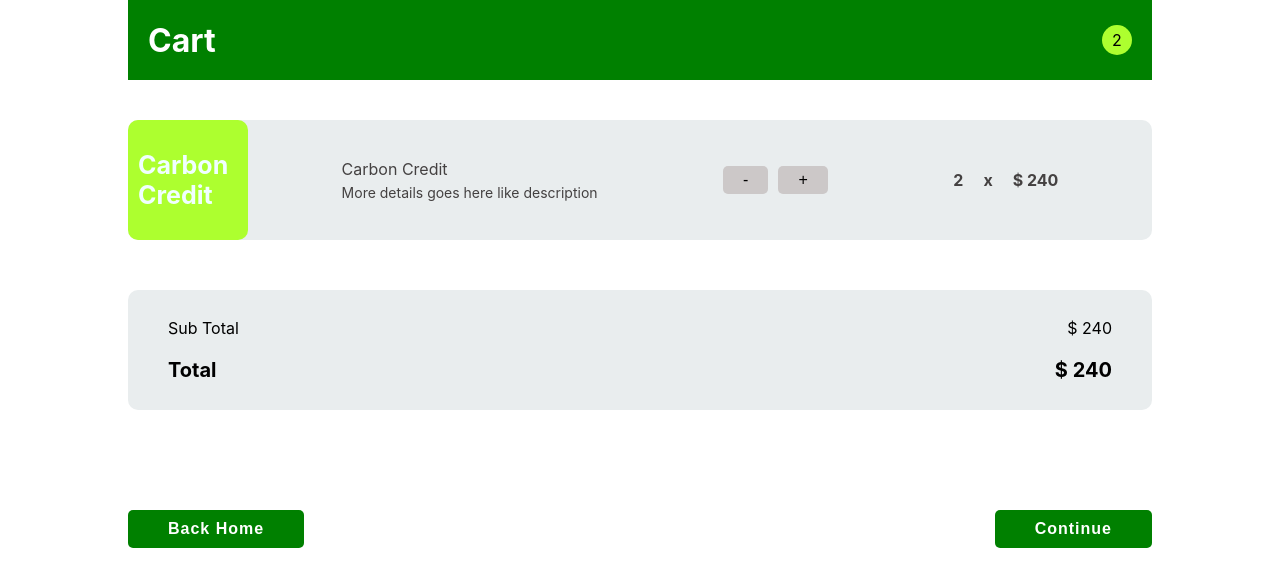
Repository: Yowani24/CarbonApp
Page: /cart
The author's editor kept a copy of each file at every save. The page is drawn from the files as they stood at one save, then again after the next save.
The browser window is 1280 px wide. The pictures show the whole page.
The project was rebuilt for these pictures with package versions that can differ from the ones it lists, and the page was loaded fresh each time. The framework's server and built-in components were replaced by stand-ins that run in the browser. Also part of the build but not shown: next.config.js.

Above is the page before, as saved 2021-09-26 21:21:19.

### pages/_app.js
import '../styles/globals.css'
import Cart from './cart';

function MyApp({ Component, pageProps }) {
  return (
    <>
      <Component {...pageProps} />
    </>
  );
}

export default MyApp

### pages/cart/index.js
import React from 'react';
import Head from 'next/head'

import styles from './Cart.module.css'
import Link from 'next/link'

export default function Cart(props) {
    return (
        <>
          <Head>
              <title>Cart</title>
          </Head>
          <header>
              <div className={styles.interface}>
                    <div className={styles.header_content}>
                        <h1>Cart</h1>
                        <p>2</p>
                    </div>
              </div>
          </header>

          <section>
              <div className={styles.interface}>
                  <div className={styles.boxes}>
                      <div className={styles.content_box}>
                          <div className={styles.box}>
                              <h3>Carbon Credit</h3>
                          </div>

                          <div className={styles.product_details}>
                            <div className={styles.description}>
                                <p>Carbon Credit</p>
                                <p>More details goes here like description</p>
                            </div>

                            <div className={styles.quantity_controls}>
                                <button>-</button>
                                <button>+</button>
                            </div>

                            <div className={styles.current_money}>
                                <p>2</p>
                                <span>x</span>
                                <p>$ 240</p>
                            </div>
                          </div>
                      </div>
                  </div>

                  <div className={styles.total_to_pay_box}>
                      <span>
                          <p>Sub Total</p>
                          <p>$ 240</p>
                      </span>
                      <span>
                          <p>Total</p>
                          <p>$ 240</p>
                      </span>
                  </div>

                  <div className={styles.button_box}>
                      <Link href="/"><button>Back Home</button></Link>
                      <button>Continue</button>
                  </div>
              </div>
          </section>
        </>
    )
}

### styles/globals.css
html,
body {
  padding: 0;
  margin: 0;
  font-family: -apple-system, BlinkMacSystemFont, Segoe UI, Roboto, Oxygen,
    Ubuntu, Cantarell, Fira Sans, Droid Sans, Helvetica Neue, sans-serif;
}

a {
  color: inherit;
  text-decoration: none;
}

* {
  margin: 0;
  box-sizing: border-box;
}

### pages/cart/Cart.module.css
.interface{
    width: 80%;
    margin: 0 auto;
}
.header_content{
    display: flex;
    justify-content: space-between;
    align-items: center;
    height: 80px;
    padding: 0 20px;
    background: green;
}
.header_content h1{
    color: #FFFFFF;
}
.header_content p{
    background: greenyellow;
    display: flex;
    justify-content: center;
    align-items:center;
    width: 30px;
    height: 30px;
    border-radius: 100%;
}


.boxes{
    margin-top: 40px;
}
.content_box{
    width: 100%;
    height: 120px;
    background:rgb(233, 237, 238);
    border-radius: 10px;

    display: flex;
    align-items:center;
}
.box{
    width: 120px;
    background: greenyellow;
    height: 100%;
    border-radius: 10px;

    display: flex;
    justify-content: center;
    align-items: center;
}
.box h3{
    font-size: 25px;
    width: 100px;
    color: azure;
}
.product_details{
    display: flex;
    justify-content: space-between;
    align-items: center;
    width: 70%;
    margin: 0 auto;
    color: hsl(0, 2%, 26%);
}
.description p:nth-child(2){
    margin-top: 5px;
    font-size: 14px;
}
.quantity_controls button{
    border: none;
    padding: 5px 20px;
    margin: 0 5px;
    border-radius: 5px;
    font-size: 16px;
    background: rgb(204, 200, 200);
}
.quantity_controls button:active{
    background: rgb(148, 146, 146);
}
.current_money{
    display: flex;
    font-size: 16px;
    font-weight: bold;
}
.current_money span{
    padding: 0 20px;
}

.total_to_pay_box{
    width: 100%;
    height: 120px;
    background:rgb(233, 237, 238);
    border-radius: 10px;

    display: flex;
    flex-direction: column;
    justify-content: center;
    margin-top: 50px;
    padding: 0 40px;
}

.total_to_pay_box span{
    display: flex;
    justify-content: space-between;
    margin: 10px 0;
}
.total_to_pay_box span:nth-child(2){
    font-weight: bold;
    font-size: 20px;
}


.button_box{
    display: flex;
    justify-content: space-between;
    margin-top: 100px;
}
.button_box button{
    border: none;
    background: green;
    padding: 10px 40px;
    font-size: 16px;
    color: #FFFFFF;
    letter-spacing: 1px;
    border-radius: 5px;
    cursor: pointer;
    transition: .1s;
    font-weight: bold;
}
.button_box button:hover{
    background: rgb(1, 92, 1);
}
.button_box button:active{
    background: rgb(13, 131, 13);
}

After the next save:
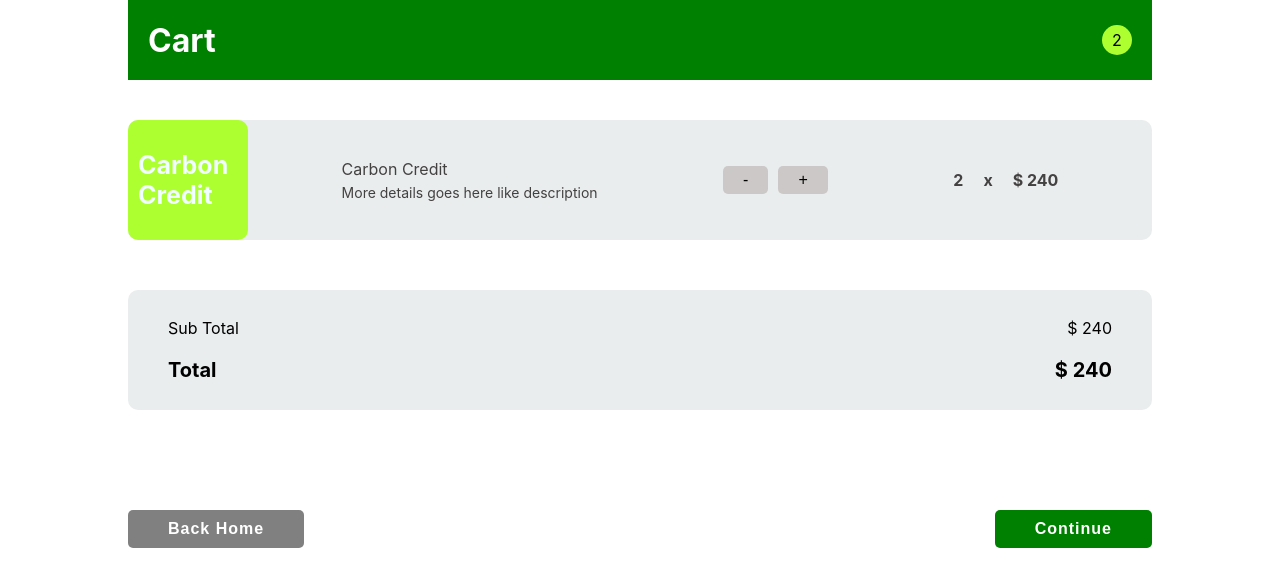
Saved 56 s later.
--- a/pages/cart/Cart.module.css
+++ b/pages/cart/Cart.module.css
@@ -112,6 +112,9 @@
     justify-content: space-between;
     margin-top: 100px;
 }
+.button_box button:first-child{
+    background: gray;
+}
 .button_box button{
     border: none;
     background: green;
